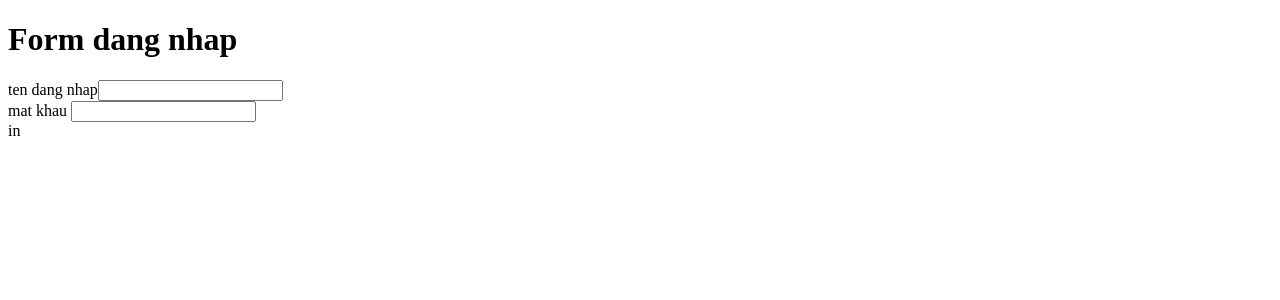
Repository: iamwind-dev/PHP
Page: http://localhost/tuan2/bai1/bai1.php
These files come from the project's save history. The page is drawn as it stood at one moment and after the next save; the edit follows.
The browser window is 1280 px wide. The pictures show the whole page.
The page is run by PHP 8.4 with error messages shown; the project is at /var/www/html/.

Above is the page before, as saved 2023-09-15 14:49:53.

### tuan2/bai1/bai1.php
<!DOCTYPE html>
<html lang="en">

<head>
    <meta charset="UTF-8">
    <meta name="viewport" content="width=device-width, initial-scale=1.0">
    <title>Form Dang Nhap</title>
</head>

<body>
    <?php

    ?>
    <h1>Form dang nhap</h1>
    <form action="xulydangnhap.php" method="GET">
        ten dang nhap<input type="text" name="username"><br>
        mat khau <input type="password" name="password"><br>
        in
</body>

</html>

After the next save:
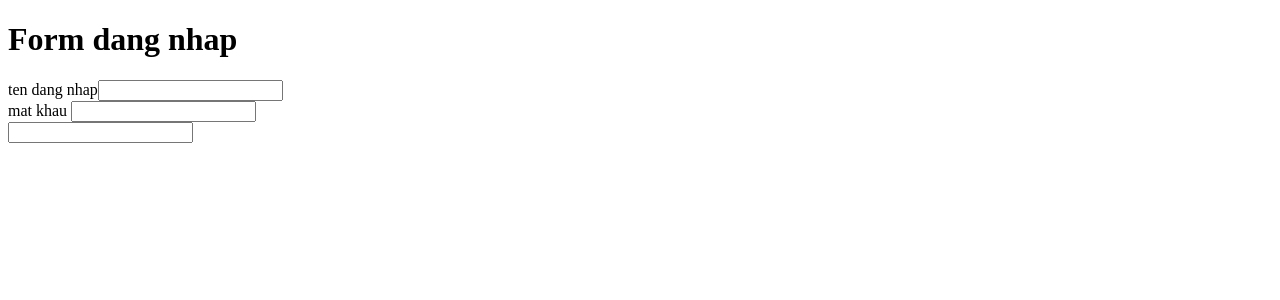
Saved 4 s later.
--- a/tuan2/bai1/bai1.php
+++ b/tuan2/bai1/bai1.php
@@ -15,7 +15,7 @@
     <form action="xulydangnhap.php" method="GET">
         ten dang nhap<input type="text" name="username"><br>
         mat khau <input type="password" name="password"><br>
-        in
+        <input type="text">
 </body>
 
 </html>
